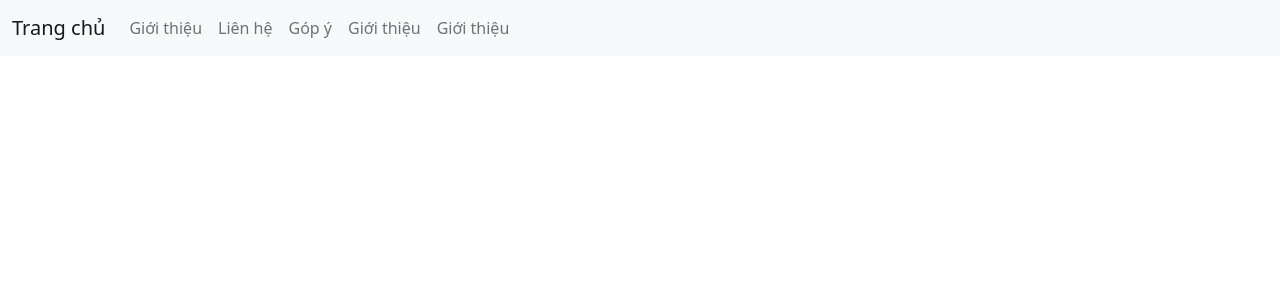
Repository: minhtu5502/fontendFamework
Page: lab1/index.html
The author's editor kept a copy of each file at every save. The page is drawn from the files as they stood at one save, then again after the next save.
The browser window is 1280 px wide. The pictures show the whole page.

Above is the page before, as saved 2022-01-06 15:54:37.

### lab1/index.html
<!DOCTYPE html>
<html lang="en">
<head>
    <meta charset="UTF-8">
    <meta http-equiv="X-UA-Compatible" content="IE=edge">
    <meta name="viewport" content="width=device-width, initial-scale=1.0">
    <title>IT16313</title>
    <!-- Style -->
    <link rel="stylesheet" href="css/bootstrap.min.css" />
</head>
<body>
    <div class="container-fluid" id="navbar">
        <header class="row">
            <div class="container">
                <div class="row bg-white" >
                    <div class="col-6">
                        <span></span>
                    </div>

                    <div class="col-6"></div>
                </div>
            </div>
        </header>
        <nav class="row navbar navbar-expand-lg navbar-light bg-light">
            <div class="container-fluid">
                <a href="" class="navbar-brand">Trang chủ</a>
                <div class="collapse navbar-collapse">
                    <ul class="navbar-nav me-auto" >
                        <li class="nav-item">
                            <a class="nav-link" href="">Giới thiệu</a>
                        </li>
                        <li class="nav-item">
                            <a class="nav-link" href="">Liên hệ</a>
                        </li>
                        <li class="nav-item">
                            <a class="nav-link" href="">Góp ý</a>
                        </li>
                        <li class="nav-item">
                            <a class="nav-link" href="">Giới thiệu</a>
                        </li>
                        <li class="nav-item">
                            <a class="nav-link" href="">Giới thiệu</a>
                        </li>
                    </ul>

                </div>
            </div>
        </nav>
    </div>
    <!-- Script -->
    <script src="js/jquery.min.js"></script>
    <script src="js/popper.min.js"></script>
    <script src="js/bootstrap.min.js"></script>
</body>
</html>

Loaded but not shown: lab1/css/bootstrap.min.css (library); lab1/js/jquery.min.js (library); lab1/js/popper.min.js (library); lab1/js/bootstrap.min.js (library)

After the next save:
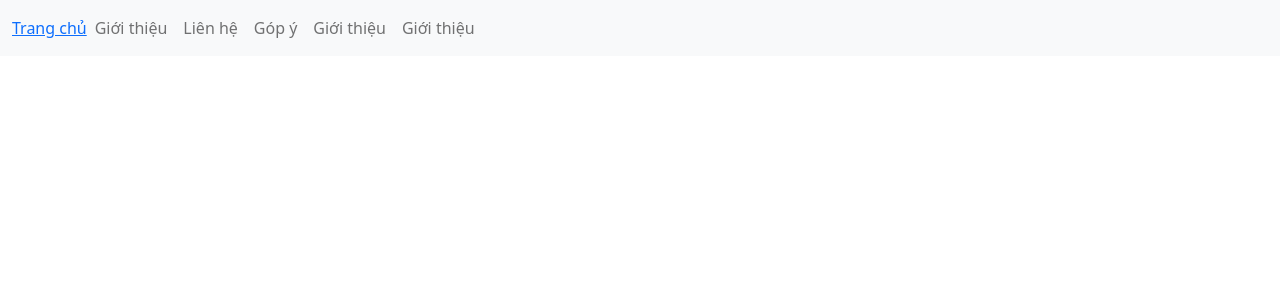
Saved 42 s later.
--- a/lab1/index.html
+++ b/lab1/index.html
@@ -23,7 +23,7 @@
         </header>
         <nav class="row navbar navbar-expand-lg navbar-light bg-light">
             <div class="container-fluid">
-                <a href="" class="navbar-brand">Trang chủ</a>
+                <a href="" class="navbar-">Trang chủ</a>
                 <div class="collapse navbar-collapse">
                     <ul class="navbar-nav me-auto" >
                         <li class="nav-item">
